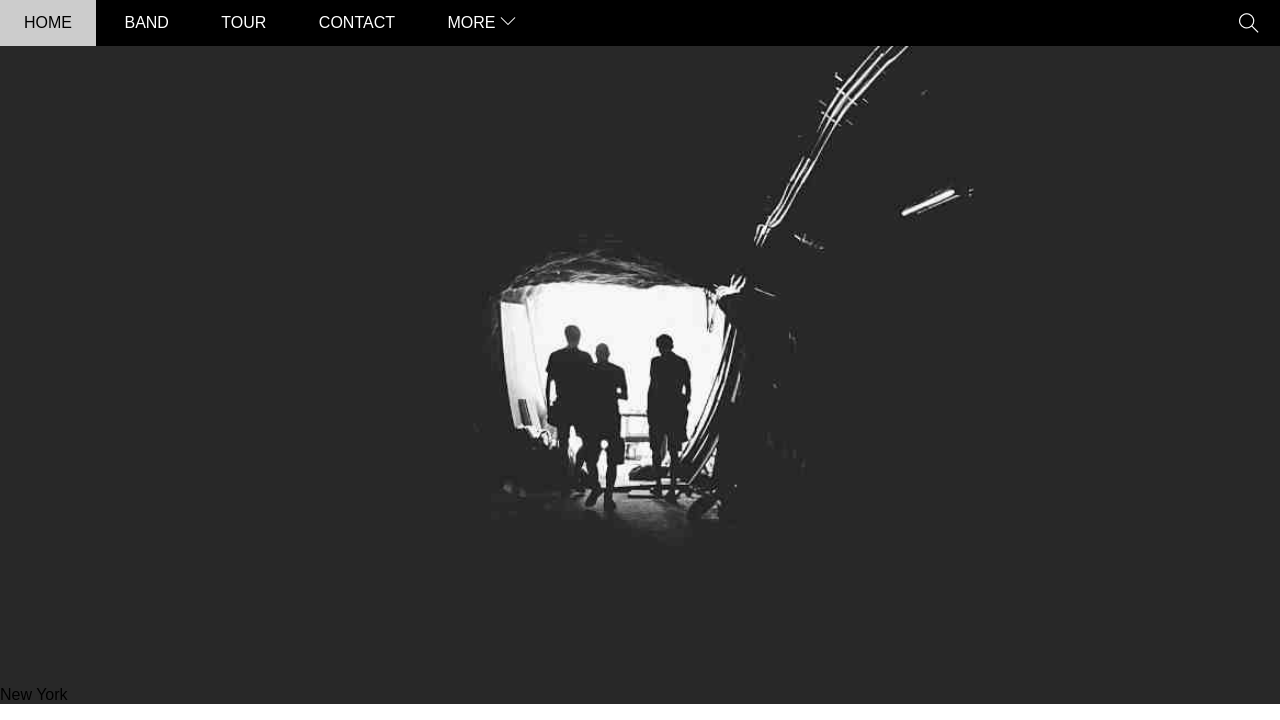
Repository: minhnguyennn/w3_band_music
Page: index.html
These files come from the project's save history. The page is drawn as it stood at one moment and after the next save; the edit follows.
The browser window is 1280 px wide. The pictures show the whole page.

Above is the page before, as saved 2023-02-18 20:17:16.

### index.html
<!DOCTYPE html>
<html lang="en">
<head>
    <meta charset="UTF-8">
    <meta http-equiv="X-UA-Compatible" content="IE=edge">
    <meta name="viewport" content="width=device-width, initial-scale=1.0">
    <title>Document</title>
    <link rel="stylesheet" href="./assets/css/style.css">
    <link rel="stylesheet" href="./assets/fonts/themify-icons-font/themify-icons/themify-icons.css">
</head>
<body>
    <div id="main">
        <div id="header">
            <!-- Begin: nav -->
            <ul id="nav">
                <li><a href="">Home</a></li>
                <li><a href="">Band</a></li>
                <li><a href="">Tour</a></li>
                <li><a href="">Contact</a></li>
                <li>
                    <a href="">
                        More
                        <i class="nav-arrow-down ti-angle-down"></i>
                    </a>
                    <ul class="subnav">
                        <li><a href="">Merchandise</a></li>
                        <li><a href="">Extras</a></li>
                        <li><a href="">Media</a></li>
                    </ul>
                </li>
            </ul>
            <!-- End: nav -->

            <!-- Begin: search button -->
            <div class="search-btn">
                <i class="search-icon ti-search"></i>
            </div>
            <!-- End: search button -->

        </div>

        <div id="slider">
            <div class="text-content">
                <div class="text-heading">New York</div>
            </div>
        </div>

        <div id="content">

        </div>

        <div id="footer">

        </div>

    </div>
</body>
</html>

### assets/css/style.css
/* Reset CSS */
* {
   padding: 0;
   margin: 0;
   box-sizing: border-box;
}

html {
   font-family: Arial, Helvetica, sans-serif;
}

#main {
}

#header {
   position: fixed;
   top: 0;
   left: 0;
   right: 0;
   height: 46px;
   background-color: #000;
}

#nav {
   display: inline-block;
}

#nav,
.subnav {
   list-style-type: none;
}

#nav > li {
   display: inline-block;
}

#nav li {
   position: relative;
}

#nav > li > a {
   color: #fff;
   text-transform: uppercase;
   padding: 0 24px;
   line-height: 46px;
}

#nav li a {
   text-decoration: none;
   display: inline-block;
}

#nav li:hover .subnav {
   display: block;
}

#nav > li:hover > a {
   color: #000;
   background-color: #ccc;
}

#nav > .nav-arrow-down {
   font-size: 14px;
}

#nav .subnav {
   min-width: 160px;
   display: none;
   position: absolute;
   top: 100%;
   left: 0;
   background-color: #fff;
   box-shadow: 0 0 10px gray;
}

#nav .subnav a {
   color: #000;
   padding: 0 16px;
   line-height: 32px;
}

#nav .subnav li:hover {
   background-color: #ccc;
}

#header > .search-btn {
   float: right;
   padding: 0 21px;
}

#header > .search-btn:hover {
   background-color: red;
   cursor: pointer;
}

#header > .search-btn > .search-icon {
   color: #fff;
   font-size: 20px;
   line-height: 46px;
}

#slider {
   margin-top: 46px;
   padding-top: 50%;
   background: url("/assets/img/Slider/slider1.jpg") top center / cover no-repeat;
}

#content {
}

#footer {
}

Loaded but not shown: assets/fonts/themify-icons-font/themify-icons/themify-icons.css (common file)

After the next save:
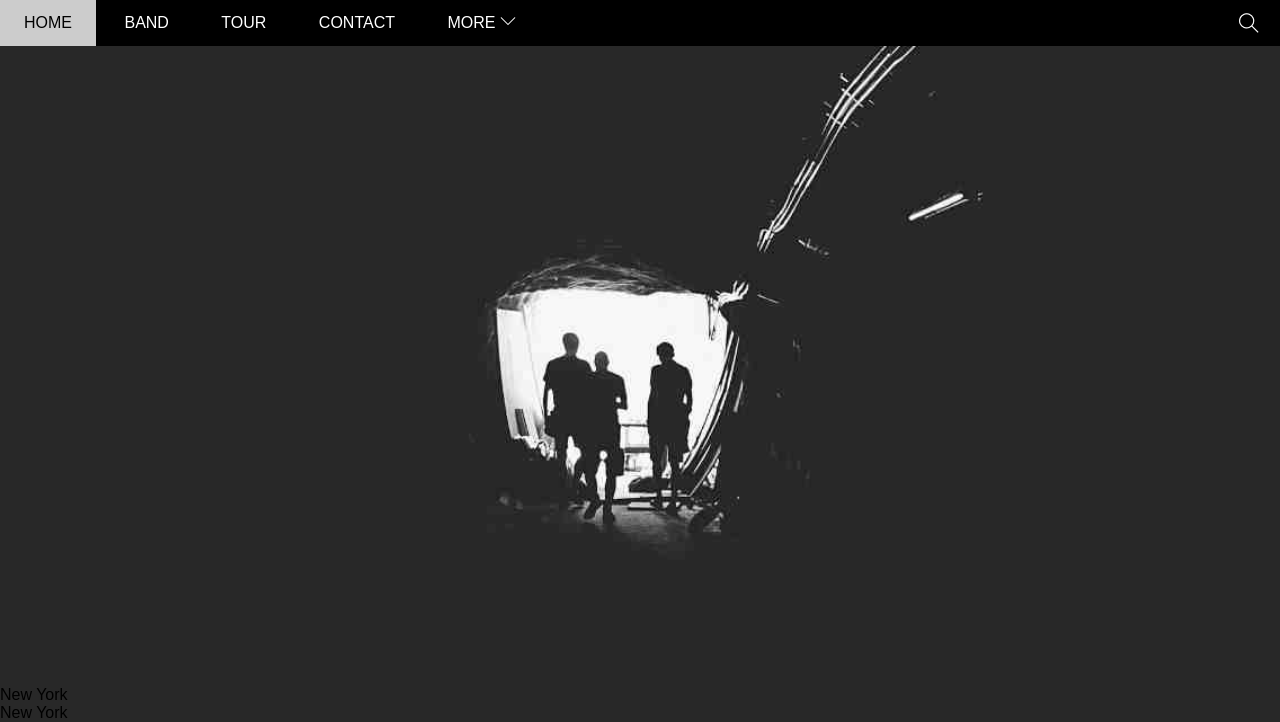
Saved 58 s later.
--- a/index.html
+++ b/index.html
@@ -42,6 +42,7 @@
         <div id="slider">
             <div class="text-content">
                 <div class="text-heading">New York</div>
+                <div class="text-heading">New York</div>
             </div>
         </div>
 
